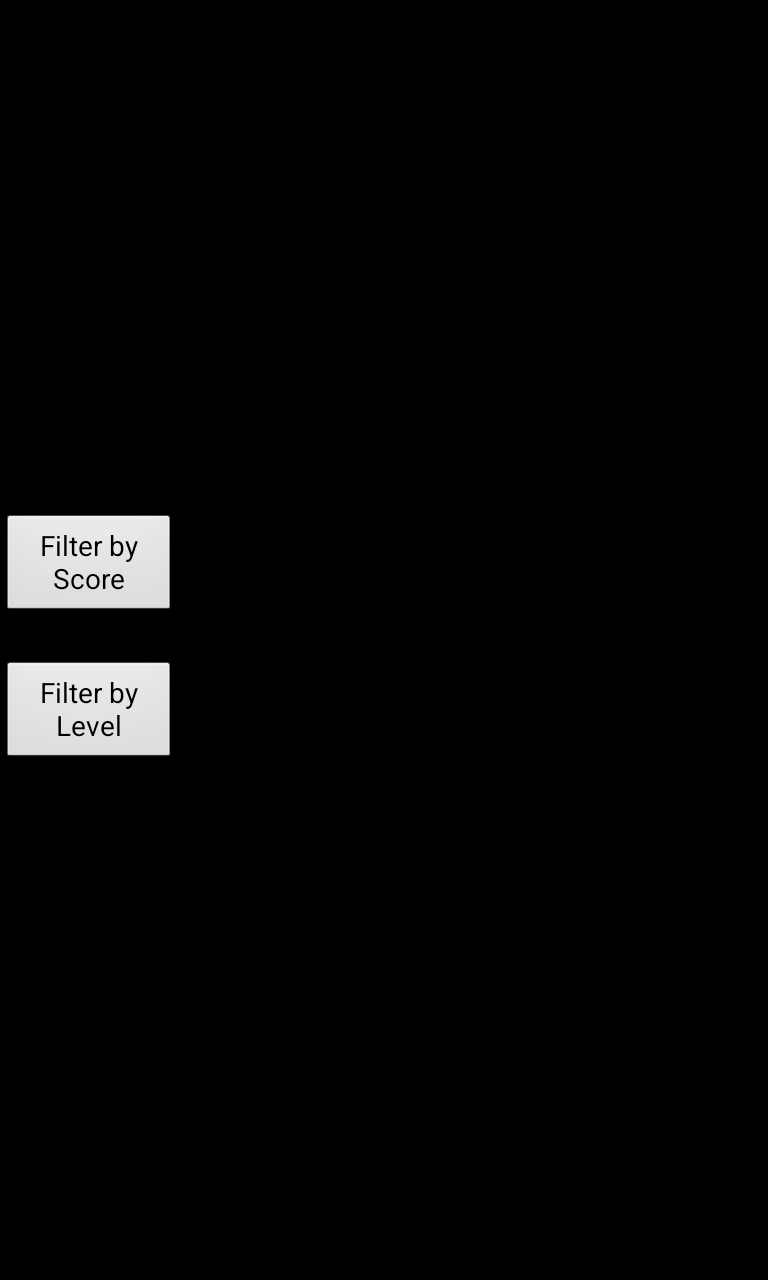
Repository: valleskeyp/IADHub
Layout: MGDGame-android/res/layout/main.xml
The author's editor kept a copy of each file at every save. The layout is drawn from the files as they stood at one save, then again after the next save.
It is drawn on a 768 x 1280 px phone screen (xhdpi) without system bars, with theme android:Theme.NoTitleBar.Fullscreen; the app's code is not run. Lists and similar views that code fills are empty.

Above is the layout before, as saved 2013-07-29 23:04:49.

After the next save:
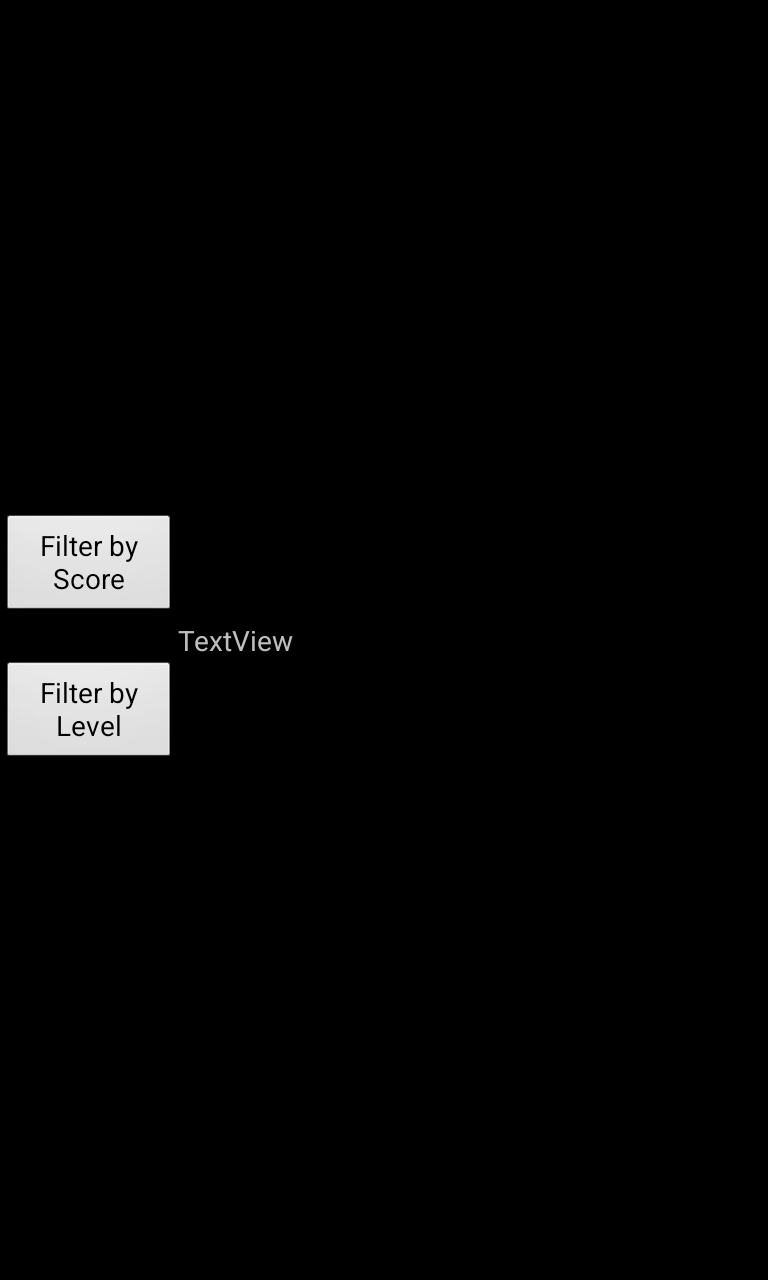
Saved 95 s later.
--- a/MGDGame-android/res/layout/main.xml
+++ b/MGDGame-android/res/layout/main.xml
@@ -24,10 +24,23 @@
 	        android:text="Filter by Level" />
 	</LinearLayout>
 
-<ListView
-        android:id="@+id/list_scores"
-        android:layout_width="match_parent"
-        android:layout_height="wrap_content" >
-    </ListView>
+	<LinearLayout
+	    android:layout_width="wrap_content"
+	    android:layout_height="wrap_content"
+	    android:orientation="vertical"
+	    android:layout_gravity="center_vertical" >
+
+	    <TextView
+	        android:id="@+id/textView1"
+	        android:layout_width="wrap_content"
+	        android:layout_height="wrap_content"
+	        android:text="TextView" />
+
+	    <ListView
+	        android:id="@+id/list_scores"
+	        android:layout_width="match_parent"
+	        android:layout_height="wrap_content" >
+	    </ListView>
+	</LinearLayout>
 
 </LinearLayout>
